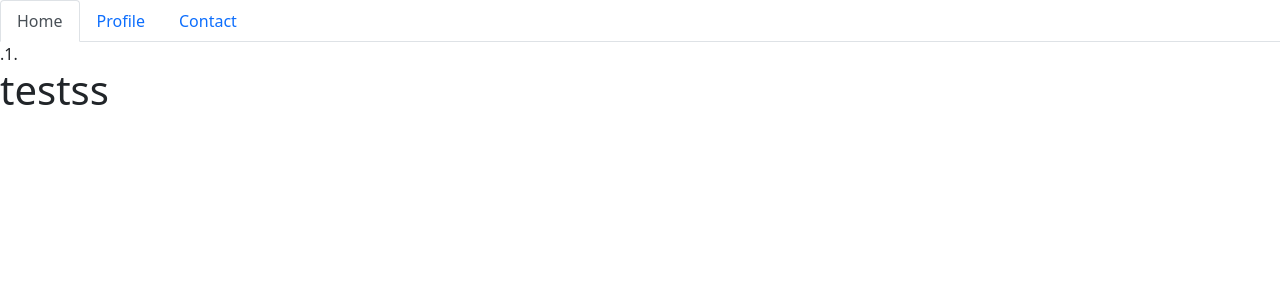
Repository: WaiMaungMaung/Mgr-site
Page: http://localhost/
An editor plug-in stored every save of this project. The page is shown before and after the next save, followed by the edit.
The browser window is 1280 px wide. The pictures show the whole page.
The page is served by the project's Laravel application, run on PHP 8.4 with Laravel 9. Other server files are loaded and not shown.

Above is the page before, as saved 2022-04-06 09:06:28.

### resources/views/welcome.blade.php
@extends('layouts.app')
<div id="container">
    <ul class="nav nav-tabs" id="myTab" role="tablist">
        <li class="nav-item" role="presentation">
            <button class="nav-link active" id="home-tab" data-bs-toggle="tab" data-bs-target="#home" type="button"
                role="tab" aria-controls="home" aria-selected="true">Home</button>
        </li>
        <li class="nav-item" role="presentation">
            <button class="nav-link" id="profile-tab" data-bs-toggle="tab" data-bs-target="#profile" type="button"
                role="tab" aria-controls="profile" aria-selected="false">Profile</button>
        </li>
        <li class="nav-item" role="presentation">
            <button class="nav-link" id="contact-tab" data-bs-toggle="tab" data-bs-target="#contact" type="button"
                role="tab" aria-controls="contact" aria-selected="false">Contact</button>
        </li>
    </ul>
    <div class="tab-content" id="myTabContent">
        <div class="tab-pane fade show active" id="home" role="tabpanel" aria-labelledby="home-tab">.1.</div>
        <div class="tab-pane fade" id="profile" role="tabpanel" aria-labelledby="profile-tab">.2.</div>
        <div class="tab-pane fade" id="contact" role="tabpanel" aria-labelledby="contact-tab">.3.</div>
    </div>

</div>

### resources/views/layouts/app.blade.php
<!doctype html>
<html lang="en">

<head>
    <!-- Required meta tags -->
    <meta charset="utf-8">
    <meta name="viewport" content="width=device-width, initial-scale=1">

    <!-- Bootstrap CSS -->
    <link rel="stylesheet" href="{{ asset('css/custom.css') }}">

    <link href="https://cdn.jsdelivr.net/npm/bootstrap@5.1.3/dist/css/bootstrap.min.css" rel="stylesheet"
        integrity="sha384-1BmE4kWBq78iYhFldvKuhfTAU6auU8tT94WrHftjDbrCEXSU1oBoqyl2QvZ6jIW3" crossorigin="anonymous">

    <title>Hello, world!</title>
</head>

<body>
    <h1>testss</h1>
    <!-- Optional JavaScript; choose one of the two! -->

    <!-- Option 1: Bootstrap Bundle with Popper -->
    <script src="https://cdn.jsdelivr.net/npm/bootstrap@5.1.3/dist/js/bootstrap.bundle.min.js"
        integrity="sha384-ka7Sk0Gln4gmtz2MlQnikT1wXgYsOg+OMhuP+IlRH9sENBO0LRn5q+8nbTov4+1p" crossorigin="anonymous">
    </script>

    <!-- Option 2: Separate Popper and Bootstrap JS -->
    <!--
    <script src="https://cdn.jsdelivr.net/npm/@popperjs/core@2.10.2/dist/umd/popper.min.js"
        integrity="sha384-7+zCNj/IqJ95wo16oMtfsKbZ9ccEh31eOz1HGyDuCQ6wgnyJNSYdrPa03rtR1zdB" crossorigin="anonymous">
    </script>
    <script src="https://cdn.jsdelivr.net/npm/bootstrap@5.1.3/dist/js/bootstrap.min.js"
        integrity="sha384-QJHtvGhmr9XOIpI6YVutG+2QOK9T+ZnN4kzFN1RtK3zEFEIsxhlmWl5/YESvpZ13" crossorigin="anonymous">
    </script>
    -->
    @yield('content')
</body>

</html>

Loaded but not shown: routes/web.php (common file); lang/en.json (common file)

After the next save:
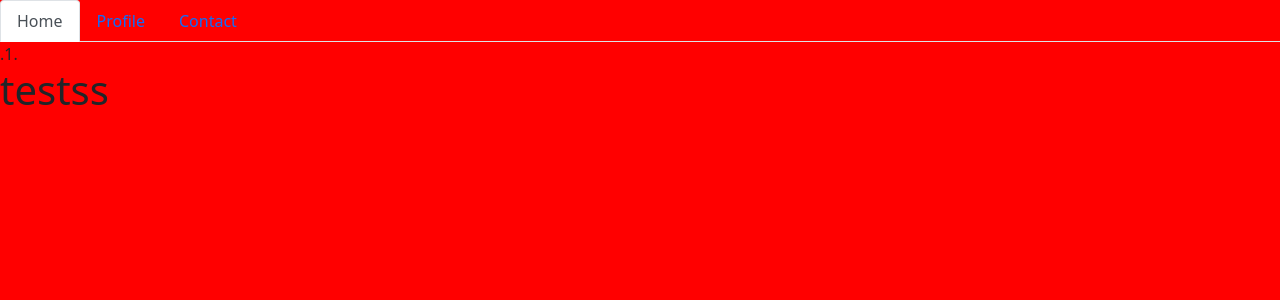
Saved 52 s later.
--- a/resources/views/layouts/app.blade.php
+++ b/resources/views/layouts/app.blade.php
@@ -13,6 +13,12 @@
         integrity="sha384-1BmE4kWBq78iYhFldvKuhfTAU6auU8tT94WrHftjDbrCEXSU1oBoqyl2QvZ6jIW3" crossorigin="anonymous">
 
     <title>Hello, world!</title>
+    <style type="text/css">
+        body {
+            background: red;
+        }
+
+    </style>
 </head>
 
 <body>

After the 2 saves that followed:
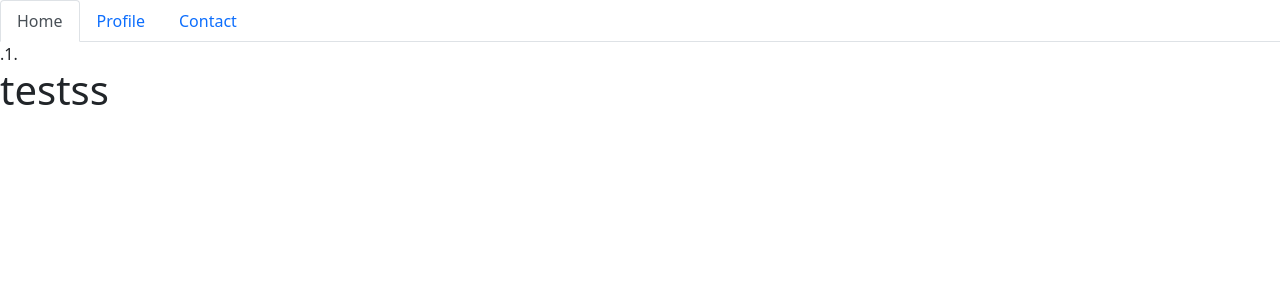
The 2 saves are shown as one change because they came seconds apart.
The last was saved 74 s later.
--- a/resources/views/layouts/app.blade.php
+++ b/resources/views/layouts/app.blade.php
@@ -7,16 +7,14 @@
     <meta name="viewport" content="width=device-width, initial-scale=1">
 
     <!-- Bootstrap CSS -->
-    <link rel="stylesheet" href="{{ asset('css/custom.css') }}">
+    <link rel="stylesheet" href="{{ asset('/css/custom.css') }}">
 
     <link href="https://cdn.jsdelivr.net/npm/bootstrap@5.1.3/dist/css/bootstrap.min.css" rel="stylesheet"
         integrity="sha384-1BmE4kWBq78iYhFldvKuhfTAU6auU8tT94WrHftjDbrCEXSU1oBoqyl2QvZ6jIW3" crossorigin="anonymous">
 
     <title>Hello, world!</title>
     <style type="text/css">
-        body {
-            background: red;
-        }
+
 
     </style>
 </head>
